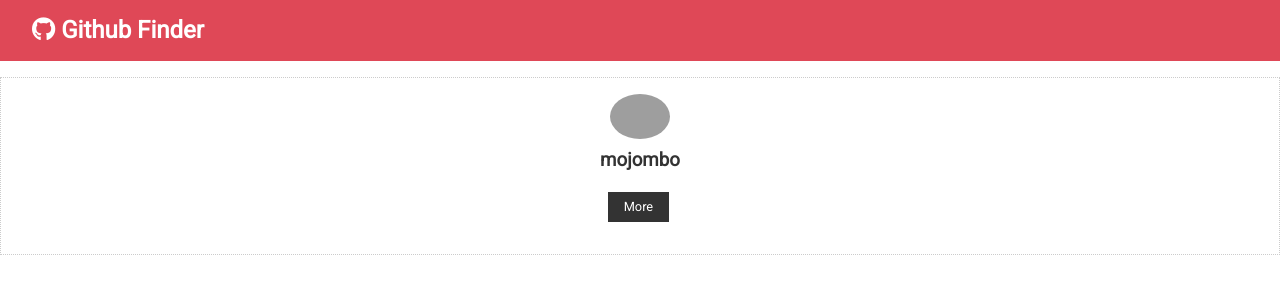
Repository: bafode/github-finder
Page: /
The author's editor kept a copy of each file at every save. The page is drawn from the files as they stood at one save, then again after the next save.
The browser window is 1280 px wide. The pictures show the whole page.
Pictures or frames that could not be fetched are drawn as grey boxes. Some web libraries are served in a nearby version. The project was rebuilt for these pictures with package versions that can differ from the ones it lists, and the page was loaded fresh each time.

Above is the page before, as saved 2023-06-16 17:11:04.

### public/index.html
<!DOCTYPE html>
<html lang="en">
  <head>
    <meta charset="utf-8" />
    <link rel="shortcut icon" href="%PUBLIC_URL%/favicon.ico" />
    <meta name="viewport" content="width=device-width, initial-scale=1" />
    <meta name="theme-color" content="#000000" />
    <link rel="manifest" href="%PUBLIC_URL%/manifest.json" />
    <link
      rel="stylesheet"
      href="https://use.fontawesome.com/releases/v5.8.2/css/all.css"
      integrity="sha384-oS3vJWv+0UjzBfQzYUhtDYW+Pj2yciDJxpsK1OYPAYjqT085Qq/1cq5FLXAZQ7Ay"
      crossorigin="anonymous"
    />

    <title>Github Finder</title>
  </head>
  <body>
    <noscript>You need to enable JavaScript to run this app.</noscript>
    <div id="root"></div>
  </body>
</html>

### src/App.js
import React,{Component} from 'react';
import './App.css';
import Navbar from './components/layout/Navbar'
import UserItem from './components/users/UserItem'

class App extends Component {
  render() {

    return (
      <div className="App">
        <Navbar />
        <UserItem/>
      </div>
    );
  }
}

export default App;

### src/components/layout/Navbar.js
import React, { Component } from 'react'
import PropTypes from 'prop-types'

class Navbar extends Component {

    static defaultProps = {
        title: 'Github Finder',
        icon:'fab fa-github'
    }

    static propTypes = {
        title: PropTypes.string.isRequired,
        icon:PropTypes.string.isRequired
    }

    render() {
    const{icon,title}=this.props
    return (
        <nav className='navbar bg-primary'>
            <h1>
                <i className={icon}></i> {title}
            </h1>
      </nav>
    )
  }
}


export default Navbar

### src/components/users/UserItem.js
import React, { Component } from 'react'

class UserItem extends Component {
    state = {
        id: 1,
        login: "mojombo",
        avatar_url: "https://avatars.githubusercontent.com/u/1?v=4",
        html_url: "https://github.com/mojombo",
    }
  render() {
      const{login,avatar_url,html_url}=this.state
    return (
        <div className='card text-center'>
            <img src={avatar_url} alt="" className="round-img" style={{width:'60px'}} />
            <h3>{login}</h3>
            <div>
                <a href={html_url} className="btn btn-dark btn-sm my-1">More</a>
            </div>
      </div>
    )
  }
}

export default UserItem

### src/components/users/Users.js
import React, { Component } from 'react'

class Users extends Component {
    state = {
        users:[
            {
            id: 1,
            login: "mojombo",
            avatar_url: "https://avatars.githubusercontent.com/u/1?v=4",
            html_url: "https://github.com/mojombo",
            },
            {
                id: 2,
                login: "defunkt",
                avatar_url: "https://avatars.githubusercontent.com/u/2?v=4",
                html_url: "https://github.com/defunkt",
            },
            {
                id: 3,
                login: "pjhyett",
                avatar_url: "https://avatars.githubusercontent.com/u/3?v=4",
                html_url: "https://github.com/pjhyett",
            }

        ]
    }
    render() {
      const{users}=this.state
    return (
        <div>
            {users.map((user) => (
                <div key={user.id}>
                    <h3>{user.login}</h3>
                </div>

            ))}
      </div>
    )
  }
}

export default Users

Loaded but not shown: src/index.js (common file); src/App.css (common file)

After the next save:
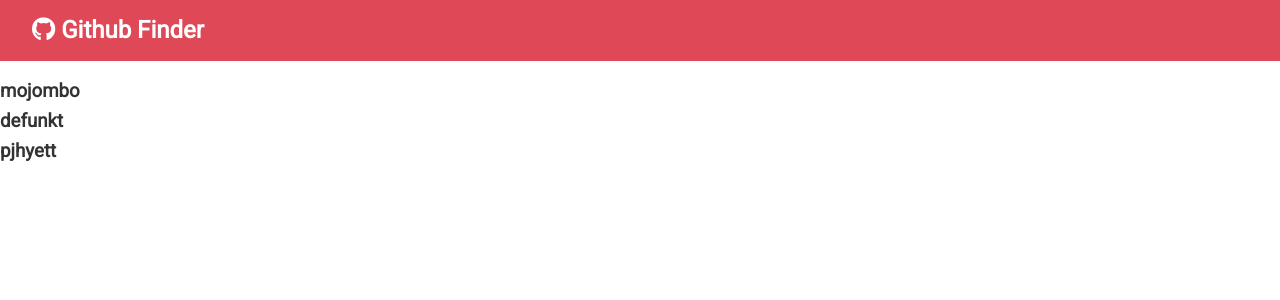
Saved 22 s later.
--- a/src/App.js
+++ b/src/App.js
@@ -1,7 +1,7 @@
 import React,{Component} from 'react';
 import './App.css';
 import Navbar from './components/layout/Navbar'
-import UserItem from './components/users/UserItem'
+import Users from './components/users/Users'
 
 class App extends Component {
   render() {
@@ -9,7 +9,7 @@ class App extends Component {
     return (
       <div className="App">
         <Navbar />
-        <UserItem/>
+        <Users/>
       </div>
     );
   }
